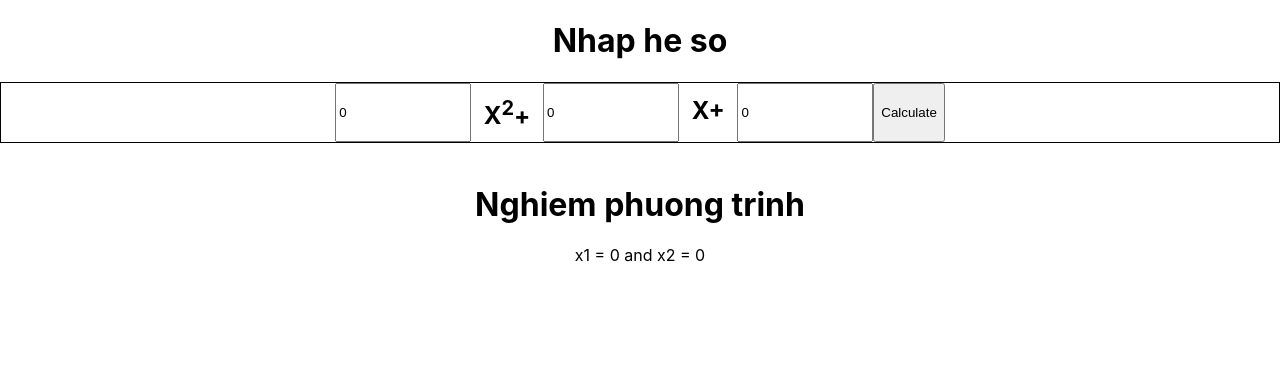
Repository: Trinvm1997/ReactExercise
Page: / (app in quadratic_equation/)
An editor plug-in stored every save of this project. The page is shown before and after the next save, followed by the edit.
The browser window is 1280 px wide. The pictures show the whole page.
The project was rebuilt for these pictures with package versions that can differ from the ones it lists, and the page was loaded fresh each time.

Above is the page before, as saved 2020-12-24 10:23:09.

### quadratic_equation/src/App.js
import './App.css';
import React, { Component } from 'react';

class App extends Component {
  constructor(props) {
    super(props);
    this.state = {
      inputA:0,
      inputB:0,
      inputC:0,
      x1:0,
      x2:0

    };
    this.handleChange = this.handleChange.bind(this);
    this.handleSubmit = this.handleSubmit.bind(this);

  }

  handleChange(event) {
    const value = event.target.value;
    const name = event.target.name;
    this.setState({
      [name]: value
    });
  }

  handleSubmit(event) {
    event.preventDefault();
    if(Math.pow(this.state.inputB,2) - 4*this.state.inputA*this.state.inputC < 0){
      this.setState({
          x1: "undefined",
          x2: "undefined"
        });
    }else{
      this.setState({
      x1: (- this.state.inputB + Math.sqrt(Math.pow(this.state.inputB,2) - 4*this.state.inputA*this.state.inputC))/(2*this.state.inputA),
      x2: (- this.state.inputB - Math.sqrt(Math.pow(this.state.inputB,2) - 4*this.state.inputA*this.state.inputC))/(2*this.state.inputA)
    });
  }
}




  render() {
    return (
      <div className="App">
        <h1>Nhap he so</h1>
        <form>
          <input type="number" name="inputA" value={this.state.inputA} onChange={this.handleChange}></input>
          <h2>X<sup>2</sup>+</h2>
          <input type="number" name="inputB" value={this.state.inputB} onChange={this.handleChange}></input>
          <h2>X+</h2>
          <input type="number" name="inputC" value={this.state.inputC} onChange={this.handleChange}></input>
          <button onClick={this.handleSubmit}>Calculate</button>
        </form>
        <br/>
        <h1>Nghiem phuong trinh</h1>
        <p>x1 = {this.state.x1} and x2 = {this.state.x2}</p>
      </div>
    );
  }
}

export default App;

### quadratic_equation/src/App.css
.App {
  text-align: center;
}

.App-logo {
  height: 40vmin;
  pointer-events: none;
}

@media (prefers-reduced-motion: no-preference) {
  .App-logo {
    animation: App-logo-spin infinite 20s linear;
  }
}

.App-header {
  background-color: #282c34;
  min-height: 100vh;
  display: flex;
  flex-direction: column;
  align-items: center;
  justify-content: center;
  font-size: calc(10px + 2vmin);
  color: white;
}

.App-link {
  color: #61dafb;
}

form {
  display: flex;
  justify-content: center;
  border: 1px solid black;
}

h2 {
  margin: 1%;
}

input {
  width: 10%;
}

@keyframes App-logo-spin {
  from {
    transform: rotate(0deg);
  }
  to {
    transform: rotate(360deg);
  }
}

Loaded but not shown: quadratic_equation/public/index.html (common file); quadratic_equation/src/index.js (common file); quadratic_equation/src/index.css (common file); quadratic_equation/src/reportWebVitals.js (common file)

After the next save:
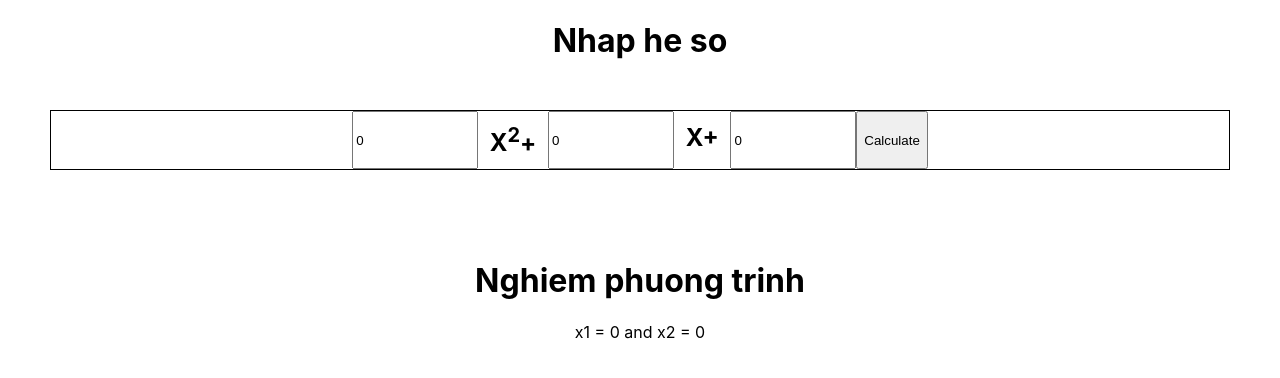
Saved 13 s later.
--- a/quadratic_equation/src/App.css
+++ b/quadratic_equation/src/App.css
@@ -32,6 +32,7 @@ form {
   display: flex;
   justify-content: center;
   border: 1px solid black;
+  margin: 50px;
 }
 
 h2 {
